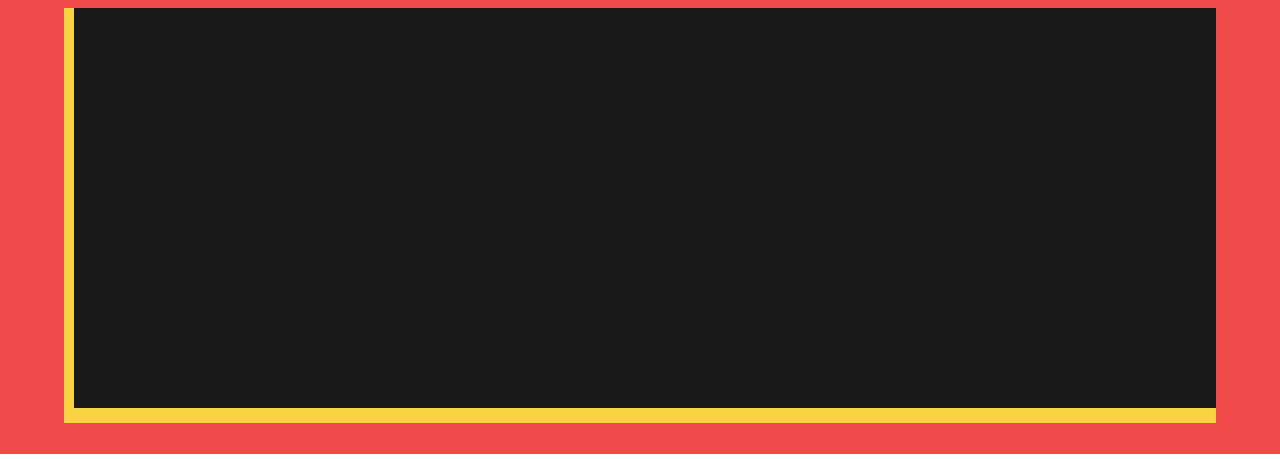
Repository: syedali042/quadacts-cucurico
Page: index.html
These files come from the project's save history. The page is drawn as it stood at one moment and after the next save; the edit follows.
The browser window is 1280 px wide. The pictures show the part of the page from y = 1274 to 1733 px (the page is 1733 px tall before and 1728 px after).

Above is the page before, as saved 2021-10-03 23:18:02.

After the next save:
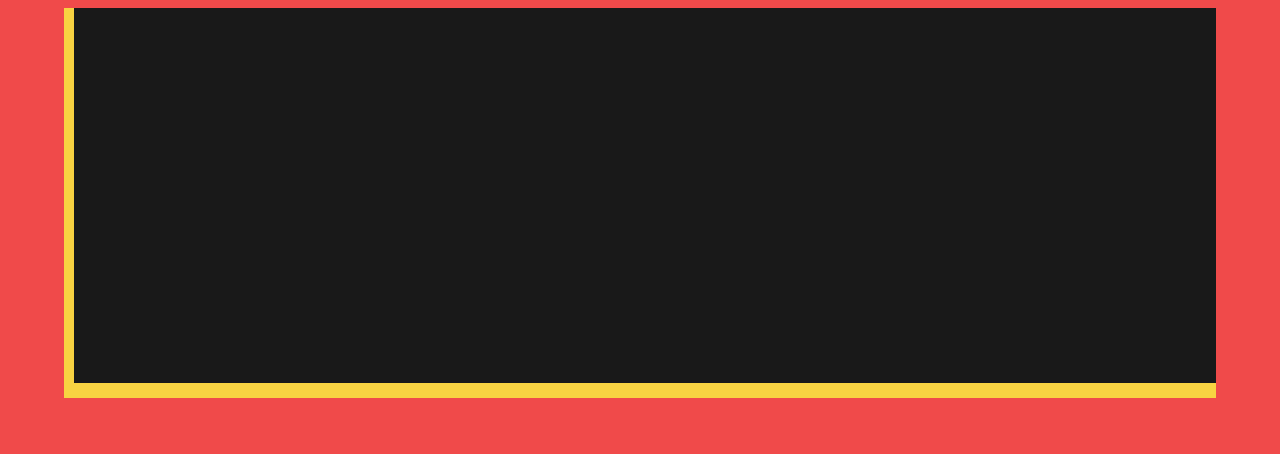
Saved 9 s later.
--- a/index.css
+++ b/index.css
@@ -142,7 +142,7 @@
       border-bottom: 15px solid #F8D342;
       border-left-width: 10px;
       border-bottom-width: 60%;
-      height: 80%;
+      height: 75%;
   }
 /*##Device = Desktops
 ##Screen = 1281px to higher resolution desktops
